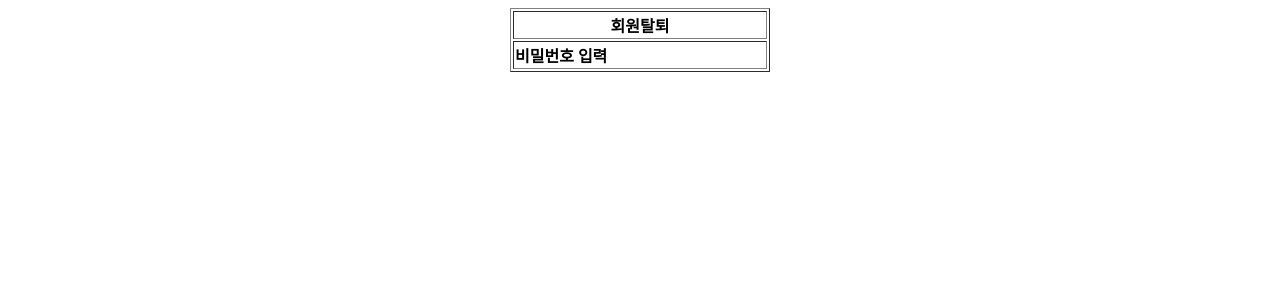
Repository: harib0h23/my-jsp-project
Page: http://localhost/ServletProject/memberone/deleteForm.jsp
An editor plug-in stored every save of this project. The page is shown before and after the next save, followed by the edit.
The browser window is 1280 px wide. The pictures show the whole page.
The page is served by Tomcat 9. Other server files are loaded and not shown.

Above is the page before, as saved 2025-07-31 07:51:59.
Console error: TypeError: Cannot read properties of undefined (reading 'focus')

### ServletProject/src/main/webapp/memberone/deleteForm.jsp
<%@ page language="java" contentType="text/html; charset=UTF-8"
    pageEncoding="UTF-8"%>
<!DOCTYPE html>
<html>
<head>
<meta charset="UTF-8">
<title>회원 탈퇴</title>
<script type="text/javascript" src="script.js"></script>
</head>
<body onload="begin()">
<form action="deleteProc.jsp" name=myForm onsubmit="return checkIt()">
<table width="260" border="1" align="center">
	<tr>
		<td colspan="2" align="center">
			<b>회원탈퇴</b>
		</td>
	</tr>

	<tr>
		<td width="150"><b>비밀번호 입력</b></td>
	</tr>

</table>
</form>

</body>
</html>

### ServletProject/src/main/webapp/memberone/script.js
function idCheck(id){
	if(id==""){ /*입력하지 않았을 때*/
		alert("아이디를 입력해 주세요")
		document.regForm.id.focus();   /*html문서를 말함 --> regForm.jsp*/
	}else{
		url="idCheck.jsp?id="+id;
		window.open(url, "post", "width=300, heigh=150")
	}
}

function zipCheck(){
	url="zipCheck.jsp?check=y";
	window.open(url, "post", "toolbar=no, width=500, height=300, directories=no, status=yes, scrollbars=yes, menubar=no");
	/*띄지 않고 이어쓰기*/
}

function dongCheck(){
	if(document.zipForm.dong.value=="null"){
		alert("동 이름을 입력하세요");
		document.zipForm.dong.focus();
		return false;
	}
	document.zipForm.submit();
}

function sendAddress(zipcode,sido,gugun,dong,ri,bunji){
	var address=sido+" "+gugun+" "+dong+" "+ri+" "+bunji;
	opener.document.regForm.zipcode.value=zipcode;
	opener.document.regForm.address1.value=address;
	self.close();
}

function inputCheck(){
	if(document.regForm.id.value==""){  /*아이디를 입력하지 않았을 경우*/
		alert("아이디를 입력해 주세요.");
		document.regForm.id.focus();  /*커서를 다시 아이디로 옮겨줌*/
		return false;
	}

	if(document.regForm.pass.value==""){  /*비밀번호를 입력하지 않았을 경우*/
		alert("비밀번호를 입력해 주세요.");
		document.regForm.pass.focus();  /*커서를 다시 비밀번호로 옮겨줌*/
		return false;
	}

	if(document.regForm.repass.value==""){  /*비밀번호확인을 입력하지 않았을 경우*/
		alert("비밀번호를 입력해 주세요.");
		document.regForm.repass.focus();  /*커서를 다시 비밀번호확인으로 옮겨줌*/
		return false;
	}

	if(document.regForm.pass.value!=document.regForm.repass.value){
		alert("비밀번호가 일치하지 않습니다.");
		document.regForm.repass.focus(); /*커서를 다시 비밀번호확인으로 옮겨줌*/
		return false;
	}

	if(document.regForm.name.value==""){  /*이름을 입력하지 않았을 경우*/
		alert("이름을 입력해 주세요.");
		document.regForm.name.focus();  /*커서를 다시 이름으로 옮겨줌*/
		return false;
	}

	if(document.regForm.phone1.value==""){  /*비밀번호확인을 입력하지 않았을 경우*/
		alert("통신사번호를 입력해 주세요.");
		document.regForm.phone1.focus();  /*커서를 다시 비밀번호확인으로 옮겨줌*/
		return false;
	}

	if(document.regForm.phone2.value==""){  /*비밀번호확인을 입력하지 않았을 경우*/
		alert("전화번호를 입력해 주세요.");
		document.regForm.phone2.focus();  /*커서를 다시 비밀번호확인으로 옮겨줌*/
		return false;
	}

	if(document.regForm.phone3.value==""){  /*비밀번호확인을 입력하지 않았을 경우*/
		alert("전화번호를 입력해 주세요.");
		document.regForm.phone3.focus();  /*커서를 다시 비밀번호확인으로 옮겨줌*/
		return false;
	}

	if(document.regForm.email.value==""){  /*비밀번호확인을 입력하지 않았을 경우*/
		alert("이메일을 입력해 주세요.");
		document.regForm.email.focus();  /*커서를 다시 비밀번호확인으로 옮겨줌*/
		return false;
	}

	var str = document.regForm.email.value; /*하나의 변수를 만들어줌*/
	var atPos = str.indexOf('@'); /*Position 약자*/
	var atLastPos = str.lastIndexOf('@')	/*@를 기준으로 앞과 뒤로 나뉨*/
	var dotPos = 	str.indexOf('.');
	var spacePos = 	str.indexOf(' ');
	var comPos = 	str.indexOf(',');
	var eMailSize = str.length;
	/*형식을 만들어줌*/

	if(atPos > 1 && atPos == atLastPos && dotPos > 3 && spacePos==-1 && comPos == -1 && atPos + 1 < dotPos && dotPos + 1 < eMailSize);
	else{
		alert('E_mail 주소형식이 잘못되었습니다.\n\r 다시 입력해 주세요.')
		document.regForm.email.focus();  /*포커스를 다시 이메일에 놔줌*/
		return false;
	}

	if(document.regForm.zipcode.value==""){
		alert("우편번호를 입력해 주세요.");
		document.regForm.zipcode.focus();
		return false;
	}

	if(document.regForm.address1.value==""){
		alert("주소를 입력해 주세요.");
		document.regForm.address1.focus();
		return false;
	}

	if(document.regForm.address2.value==""){
		alert("상세주소를 입력해 주세요.");
		document.regForm.address2.focus();
		return false;
	}

	document.regForm.submit();  /*서버로 전송하는 메소드*/
}


function updateCheck(){
	if(document.regForm.pass.value==""){  /*비밀번호를 입력하지 않았을 경우*/
		alert("비밀번호를 입력해 주세요.");
		document.regForm.pass.focus();  /*커서를 다시 비밀번호로 옮겨줌*/
		return false;
	}

	if(document.regForm.repass.value==""){  /*비밀번호확인을 입력하지 않았을 경우*/
		alert("비밀번호를 입력해 주세요.");
		document.regForm.repass.focus();  /*커서를 다시 비밀번호확인으로 옮겨줌*/
		return false;
	}

	if(document.regForm.pass.value!=document.regForm.repass.value){
		alert("비밀번호가 일치하지 않습니다.");
		document.regForm.repass.focus(); /*커서를 다시 비밀번호확인으로 옮겨줌*/
		return false;
	}

	if(document.regForm.phone1.value==""){  /*비밀번호확인을 입력하지 않았을 경우*/
		alert("통신사번호를 입력해 주세요.");
		document.regForm.phone1.focus();  /*커서를 다시 비밀번호확인으로 옮겨줌*/
		return false;
	}

	if(document.regForm.phone2.value==""){  /*비밀번호확인을 입력하지 않았을 경우*/
		alert("전화번호를 입력해 주세요.");
		document.regForm.phone2.focus();  /*커서를 다시 비밀번호확인으로 옮겨줌*/
		return false;
	}

	if(document.regForm.phone3.value==""){  /*비밀번호확인을 입력하지 않았을 경우*/
		alert("전화번호를 입력해 주세요.");
		document.regForm.phone3.focus();  /*커서를 다시 비밀번호확인으로 옮겨줌*/
		return false;
	}

	if(document.regForm.email.value==""){  /*비밀번호확인을 입력하지 않았을 경우*/
		alert("이메일을 입력해 주세요.");
		document.regForm.email.focus();  /*커서를 다시 비밀번호확인으로 옮겨줌*/
		return false;
	}

	var str = document.regForm.email.value; /*하나의 변수를 만들어줌*/
	var atPos = str.indexOf('@'); /*Position 약자*/
	var atLastPos = str.lastIndexOf('@')	/*@를 기준으로 앞과 뒤로 나뉨*/
	var dotPos = 	str.indexOf('.');
	var spacePos = 	str.indexOf(' ');
	var comPos = 	str.indexOf(',');
	var eMailSize = str.length;
	/*형식을 만들어줌*/

	if(atPos > 1 && atPos == atLastPos && dotPos > 3 && spacePos==-1 && comPos == -1 && atPos + 1 < dotPos && dotPos + 1 < eMailSize);
	else{
		alert('E_mail 주소형식이 잘못되었습니다.\n\r 다시 입력해 주세요.')
		document.regForm.email.focus();  /*포커스를 다시 이메일에 놔줌*/
		return false;
	}

	if(document.regForm.zipcode.value==""){
		alert("우편번호를 입력해 주세요.");
		document.regForm.zipcode.focus();
		return false;
	}

	if(document.regForm.address1.value==""){
		alert("주소를 입력해 주세요.");
		document.regForm.address1.focus();
		return false;
	}

	if(document.regForm.address2.value==""){
		alert("상세주소를 입력해 주세요.");
		document.regForm.address2.focus();
		return false;
	}

	document.regForm.submit();
}

function begin(){
	document.myForm.pass.focus();
}

function checkIt(){
	/*패스워드가 입력이 안됐을 때*/
		if(document.myForm.pass.value==""){  /*비밀번호 입력하지 않았을 경우*/
		alert("비밀번호를 입력해 주세요.");
		document.myForm.pass.focus();  /*커서를 비밀번호으로 옮겨줌*/
		return false;
	}
}

After the next save:
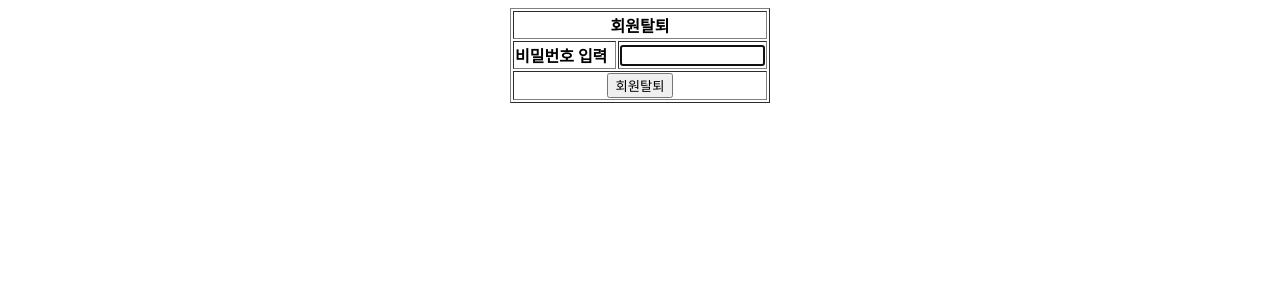
The error is gone.
Saved 103 s later.
--- a/ServletProject/src/main/webapp/memberone/deleteForm.jsp
+++ b/ServletProject/src/main/webapp/memberone/deleteForm.jsp
@@ -18,6 +18,16 @@
 
 	<tr>
 		<td width="150"><b>비밀번호 입력</b></td>
+		<td width="110">
+			<input type="password" name="pass" size="15">
+		</td>
+	</tr>
+
+	<tr>
+		<td colspan="2" align="center">
+			<input type="submit" value="회원탈퇴">
+
+		</td>
 	</tr>
 
 </table>
